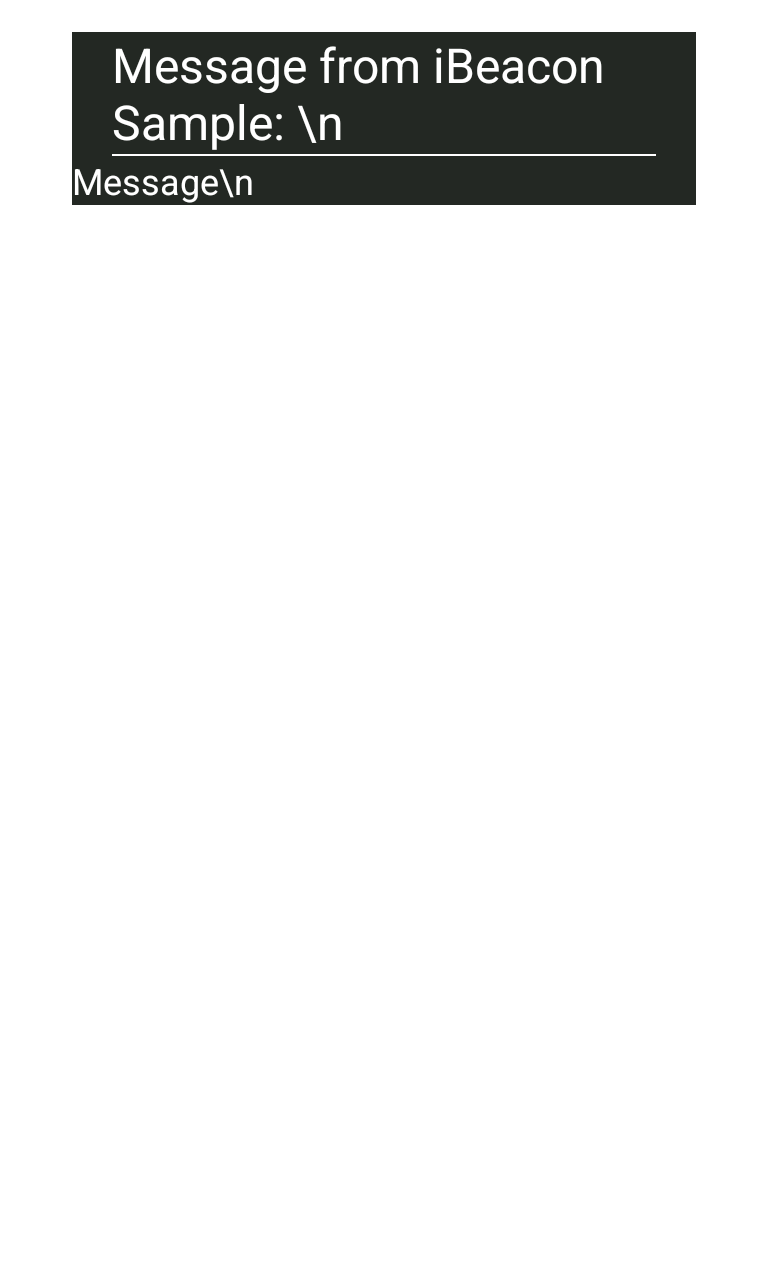
Repository: martawilgan/Android-iBeacon
Layout: iBeacon Sample/iBeaconSample/res/layout/activity_notification.xml
These files come from the project's save history. The layout is drawn as it stood at one moment and after the next save; the edit follows.
It is drawn on a 768 x 1280 px phone screen (xhdpi) without system bars, with theme AppTheme; the app's code is not run.

Above is the layout before, as saved 2014-07-10 17:22:01.

### iBeacon Sample/iBeaconSample/res/layout/activity_notification.xml
<RelativeLayout xmlns:android="http://schemas.android.com/apk/res/android"
    xmlns:tools="http://schemas.android.com/tools"
    android:layout_width="match_parent"
    android:layout_height="match_parent"
    android:paddingBottom="@dimen/activity_vertical_margin"
    android:paddingLeft="@dimen/activity_horizontal_margin"
    android:paddingRight="@dimen/activity_horizontal_margin"
    android:paddingTop="@dimen/activity_vertical_margin"
    android:background="@android:color/transparent"
    tools:context=".ActivityNotification" >

    <LinearLayout
        android:id="@+id/llAlert"
        android:layout_width="match_parent"
   		android:layout_height="wrap_content"
   		android:layout_marginLeft="20dp"
		android:layout_marginRight="20dp"
		android:orientation="vertical"
		android:background="@color/Midnight_Gray"
		android:gravity="center_vertical">

       	<TextView
	        android:id="@+id/tvTitle"
	        android:layout_width="wrap_content"
	        android:layout_height="wrap_content"
	        android:layout_marginLeft="20dp"
			android:layout_marginRight="20dp"
			android:textColor="@color/White"
			android:textSize="24sp"
	        android:text="Message from iBeacon Sample: \n" />

       	<View
       	    android:id="@+id/vLine"
   	    	android:layout_width="wrap_content"
	        android:layout_height="1dp"
	        android:layout_marginLeft="20dp"
			android:layout_marginRight="20dp"
			android:background="@color/White"/>

	    <TextView
	        android:id="@+id/tvMsg"
	        android:layout_width="wrap_content"
	        android:layout_height="wrap_content"
	        android:layout_marin="20dp"
			android:textColor="@color/White"
			android:textSize="18sp"
	        android:text="Message\n" />
    </LinearLayout>

</RelativeLayout>

### iBeacon Sample/iBeaconSample/res/values/Color.xml
<?xml version="1.0" encoding="utf-8"?>
<resources>
    <color name="Black">#000000</color>
    <color name="White">#FFFFFF</color>
    <color name="Midnight_Gray">#232823</color>
</resources>

Loaded but not shown: iBeacon Sample/iBeaconSample/res/values/styles.xml (common file); iBeacon Sample/iBeaconSample/res/values-v11/styles.xml (common file); iBeacon Sample/iBeaconSample/res/values-v14/styles.xml (common file); iBeacon Sample/iBeaconSample/res/values/dimens.xml (common file); iBeacon Sample/iBeaconSample/res/values-w820dp/dimens.xml (common file)

After the next save:
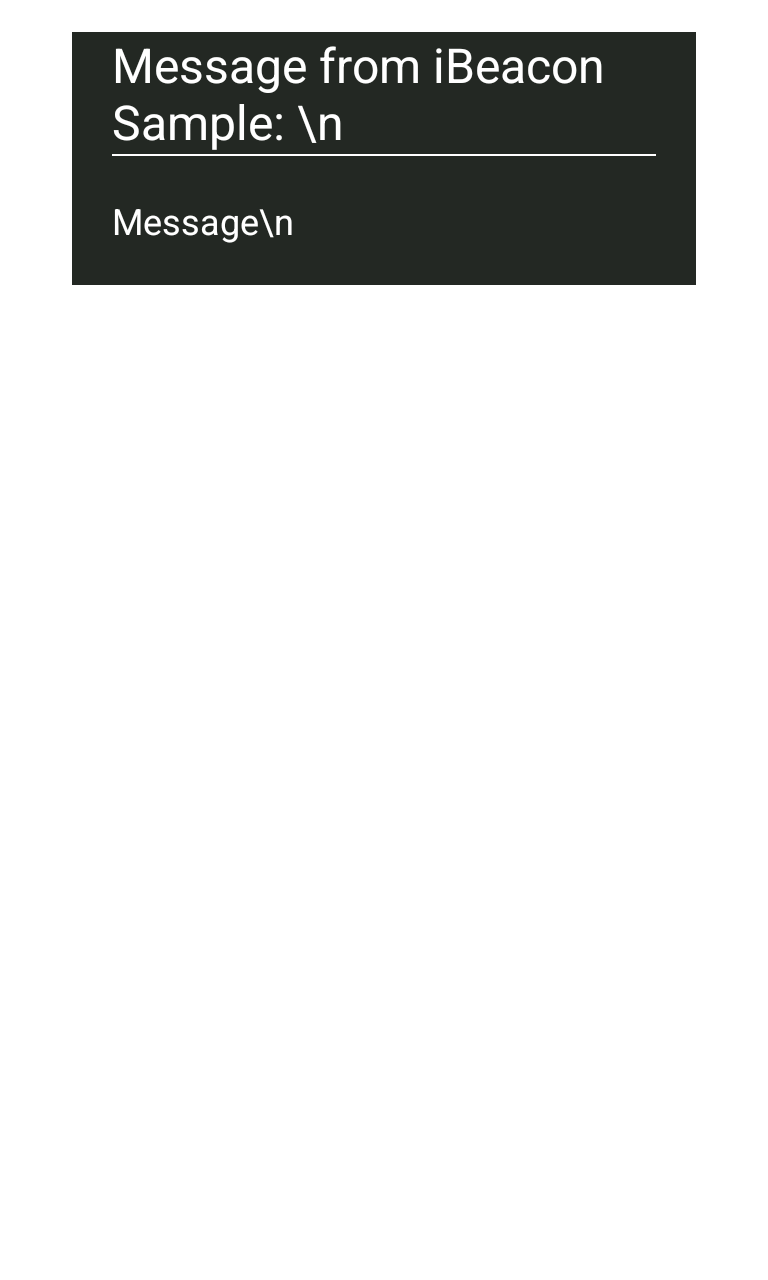
Saved 20 s later.
--- a/iBeacon Sample/iBeaconSample/res/layout/activity_notification.xml
+++ b/iBeacon Sample/iBeaconSample/res/layout/activity_notification.xml
@@ -41,7 +41,7 @@
 	        android:id="@+id/tvMsg"
 	        android:layout_width="wrap_content"
 	        android:layout_height="wrap_content"
-	        android:layout_marin="20dp"
+	        android:layout_margin="20dp"
 			android:textColor="@color/White"
 			android:textSize="18sp"
 	        android:text="Message\n" />
